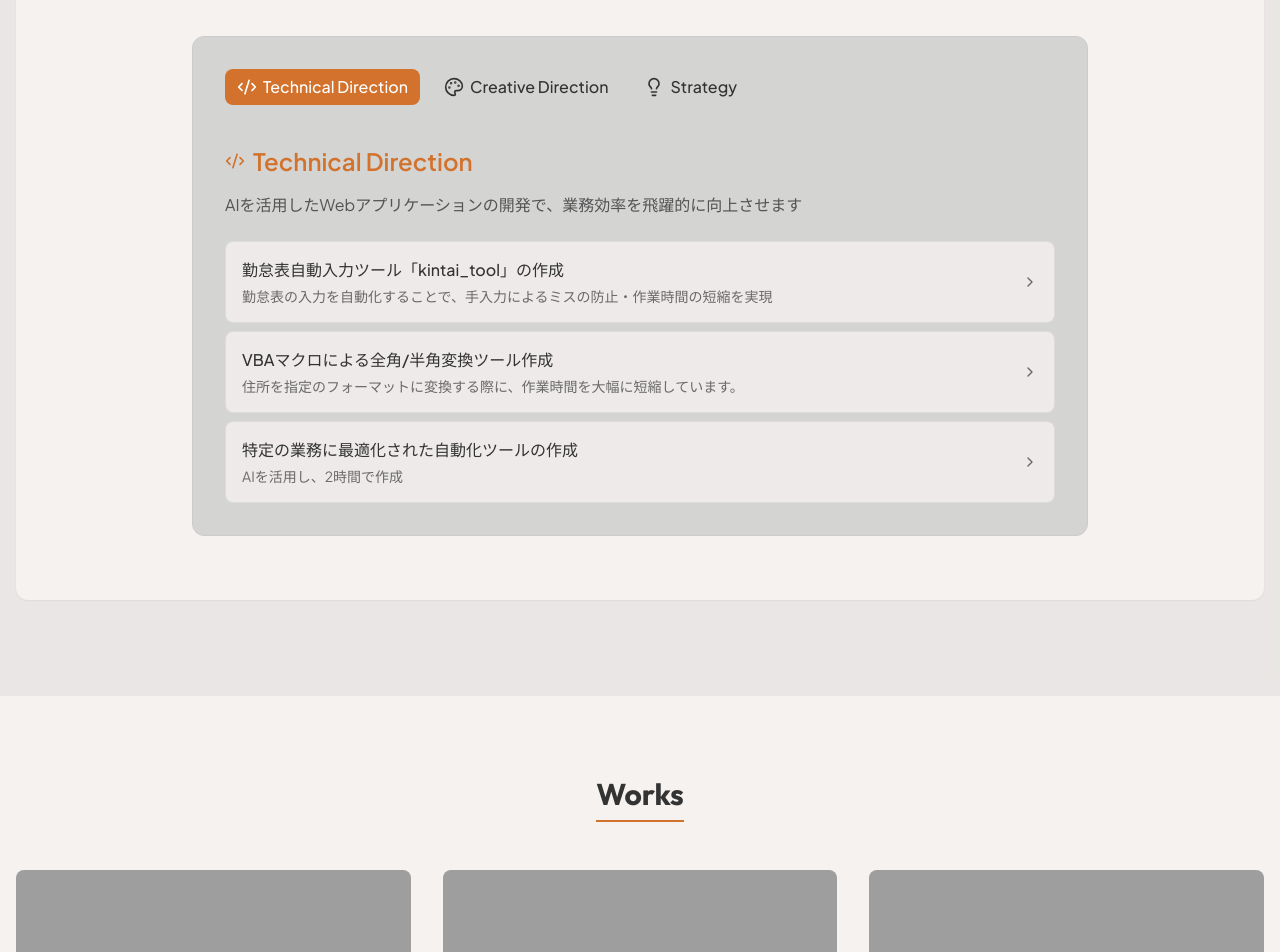
Repository: Tomo0108/portfolio_dot_tomo
Page: /
These files come from the project's save history. The page is drawn as it stood at one moment and after the next save; the edit follows.
The browser window is 1280 px wide. The pictures show the part of the page from y = 1354 to 2306 px (the page is 3996 px tall).
Pictures or frames that could not be fetched are drawn as grey boxes. The page's requests for data from a server got no answer. The project was rebuilt for these pictures with package versions that can differ from the ones it lists, and the page was loaded fresh each time. The framework's server and built-in components were replaced by stand-ins that run in the browser. No one was signed in, and anything a server would have sent is missing. Also part of the build but not shown: next.config.js, components/loading-spinner.tsx.

Above is the page before, as saved 2025-03-23 16:43:44.

After the next save:
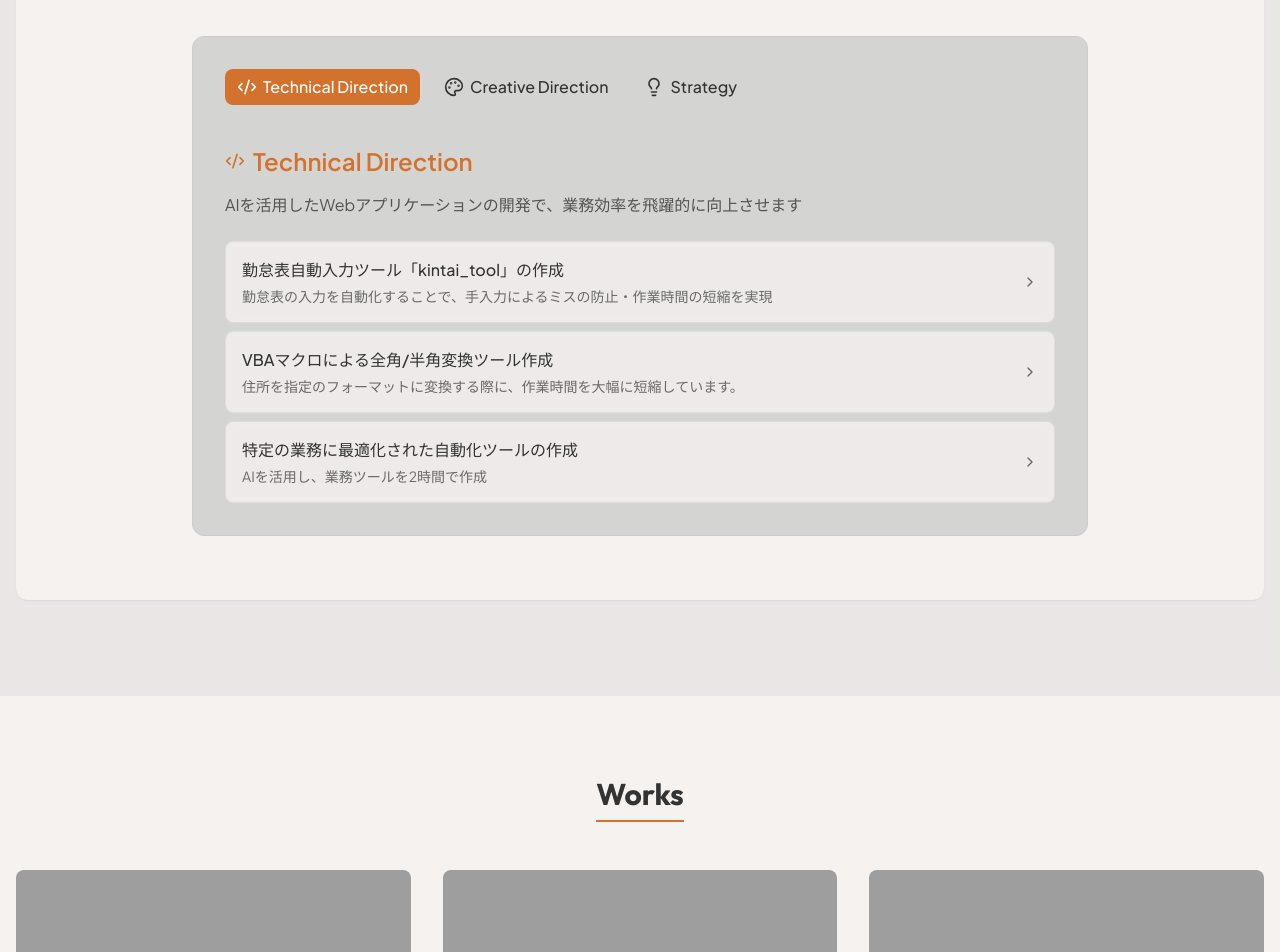
Saved 16 s later.
--- a/data/skills.ts
+++ b/data/skills.ts
@@ -36,7 +36,7 @@ export const skills: Skill[] = [
       {
         id: "tech-3",
         title: "特定の業務に最適化された自動化ツールの作成",
-        description: "AIを活用し、2時間で作成",
+        description: "AIを活用し、業務ツールを2時間で作成",
         longDescription: "詳細な技術仕様や成果についての詳細な説明をここに記載します。"
       }
     ]
